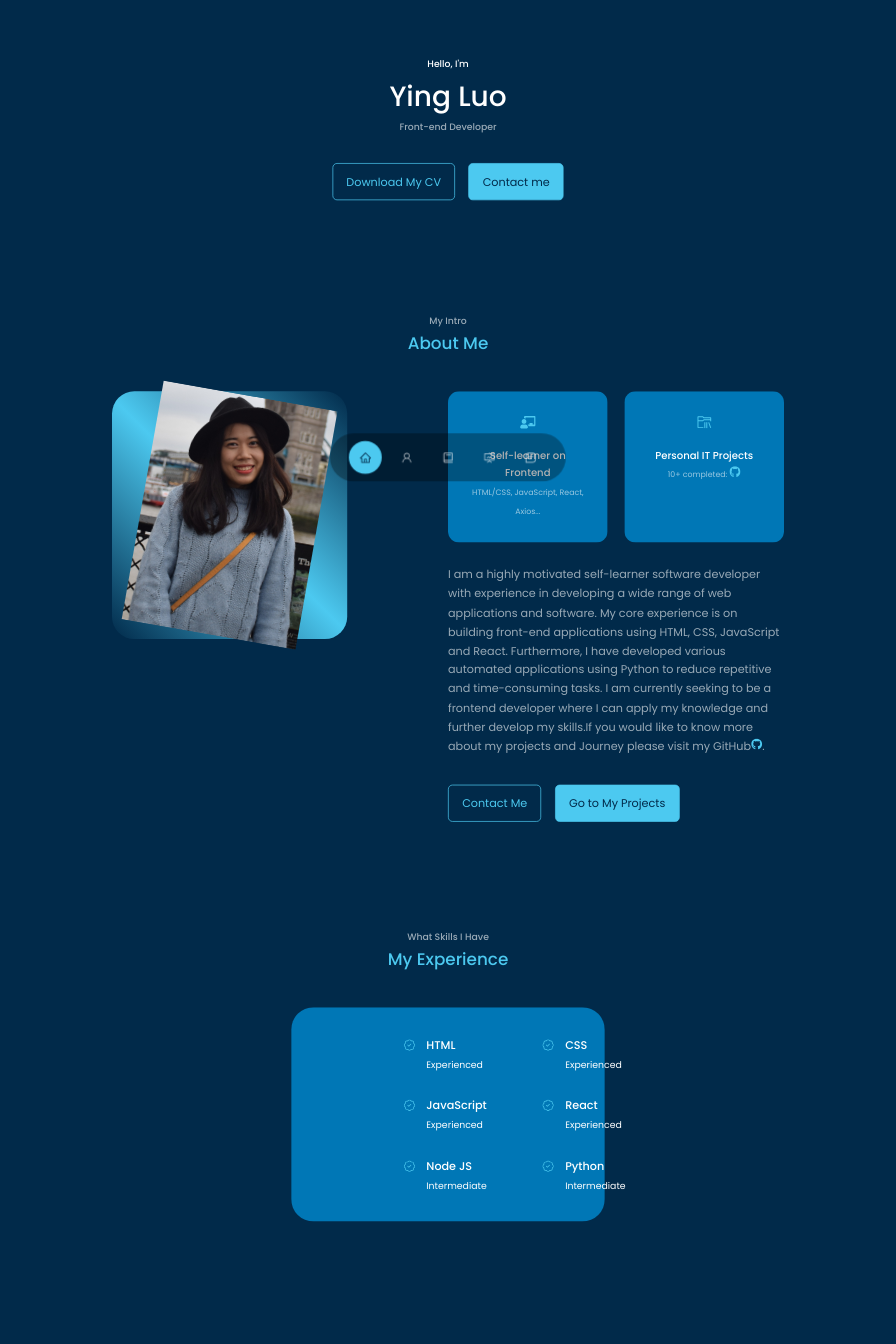
Repository: yingluo1020/react-portfolio-website
Page: /
The author's editor kept a copy of each file at every save. The page is drawn from the files as they stood at one save, then again after the next save.
The browser window is 1280 px wide. The pictures show the part of the page from y = 0 to 1920 px (the page is 4231 px tall before and 3591 px after), at 70% of full size.
The project was rebuilt for these pictures with package versions that can differ from the ones it lists, and the page was loaded fresh each time. Imported but missing from the stored project, and not drawn on this page: src/assets/cv1.pdf.

Above is the page before, as saved 2022-03-16 09:43:44.

After the next save:
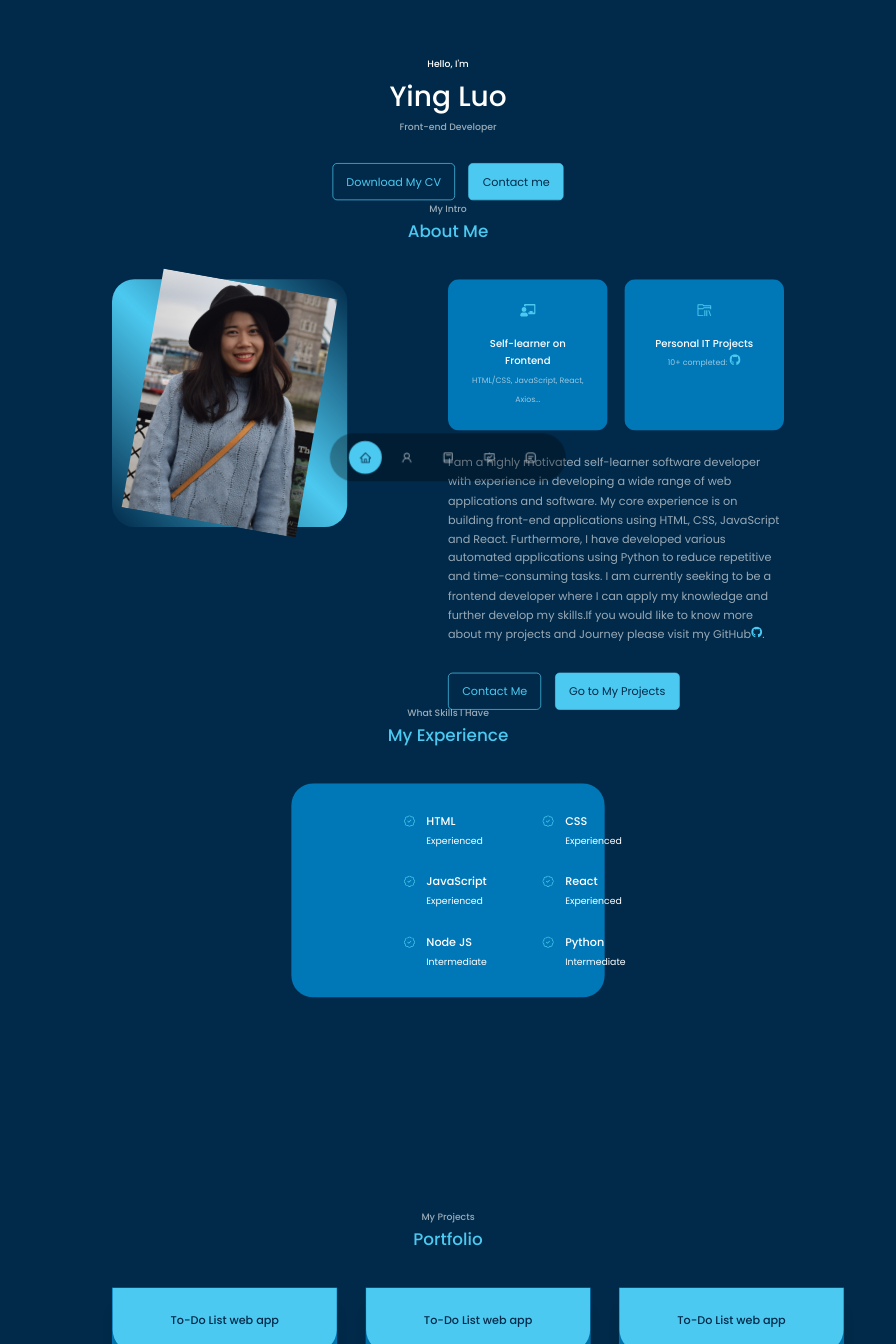
Saved 30 s later.
--- a/src/index.css
+++ b/src/index.css
@@ -59,7 +59,7 @@ h1 {
 }
 
 section {
-    margin-top: 10rem;
+    /* margin-top: 10rem; */
     height: 100vh;
 }
 
